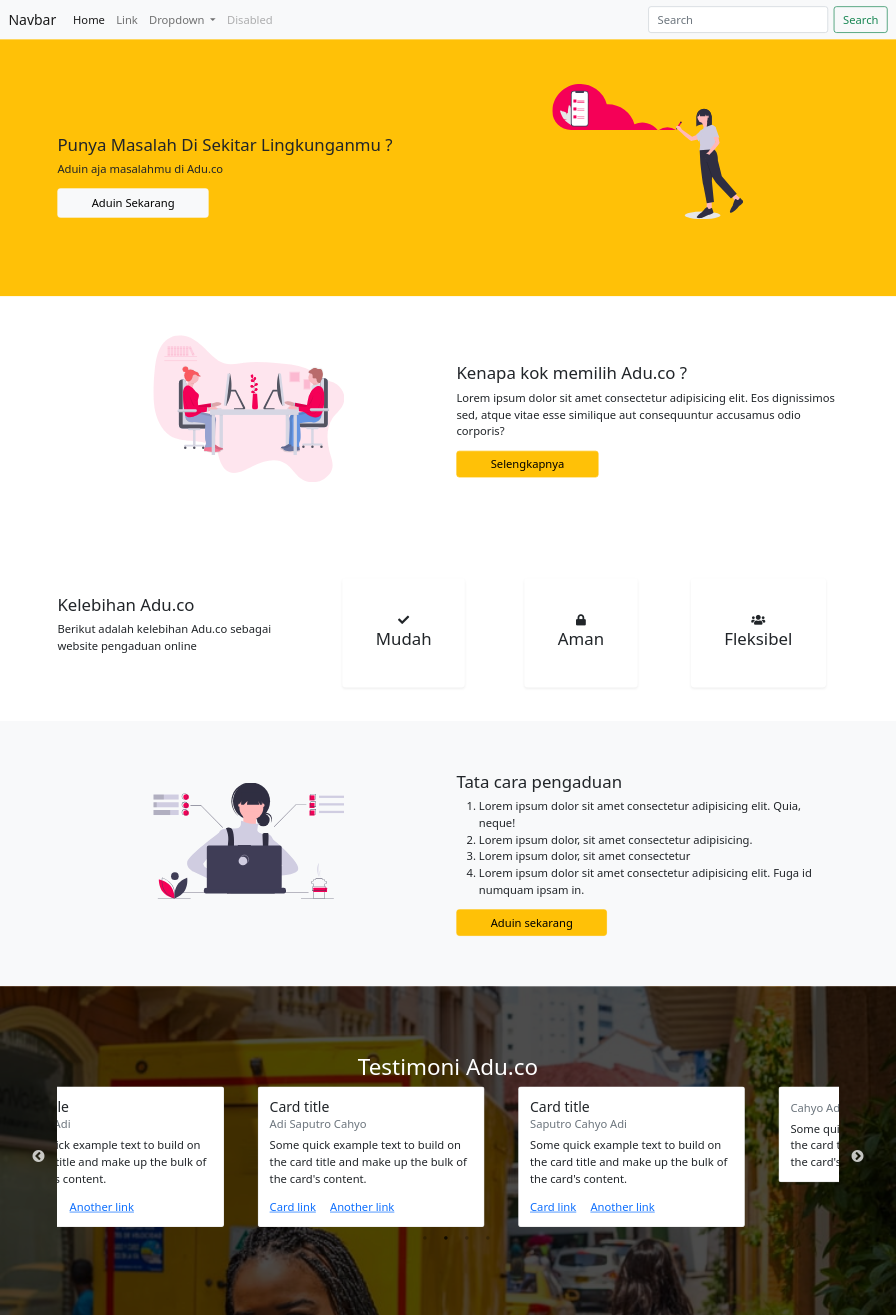
Repository: khulqu15/pengaduan2
Page: http://localhost/
These files come from the project's save history. The page is drawn as it stood at one moment and after a run of saves; the edit follows.
The browser window is 1280 px wide. The pictures show the whole page, at 70% of full size.
Backgrounds fixed to the window are drawn as part of the page. The page is served by the project's Laravel application, run on PHP 8.4 with Laravel 8.

Above is the page before, as saved 2021-02-23 21:10:14.

After the next 2 saves:
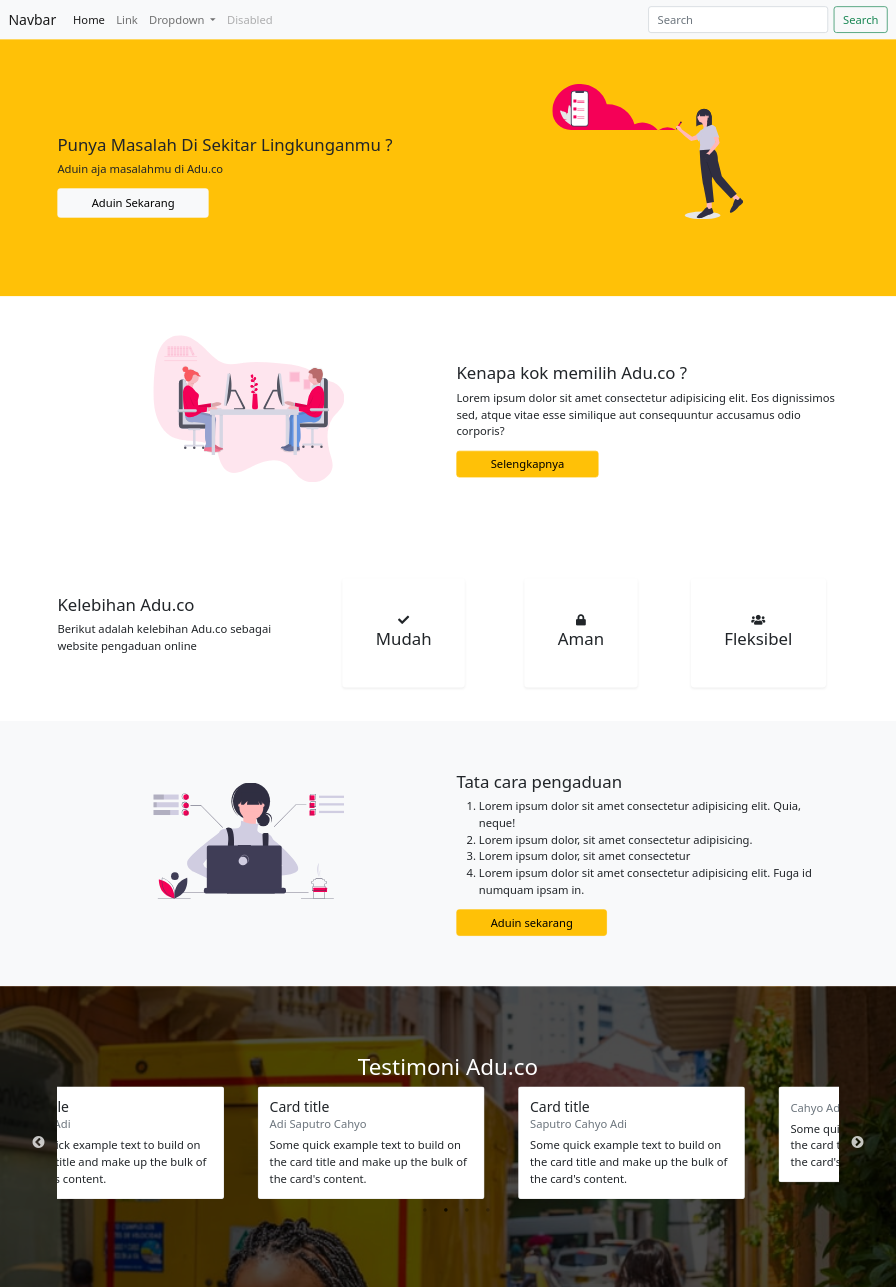
The 2 saves are shown as one change because they came seconds apart.
The last was saved 7 s later.
--- a/resources/views/welcome.blade.php
+++ b/resources/views/welcome.blade.php
@@ -92,8 +92,6 @@
                                 <h5 class="card-title">Card title</h5>
                                 <h6 class="card-subtitle mb-2 text-muted">Saputro Adi</h6>
                                 <p class="card-text">Some quick example text to build on the card title and make up the bulk of the card's content.</p>
-                                <a href="#" class="card-link">Card link</a>
-                                <a href="#" class="card-link">Another link</a>
                             </div>
                         </div>
                     </div>
@@ -103,8 +101,6 @@
                                 <h5 class="card-title">Card title</h5>
                                 <h6 class="card-subtitle mb-2 text-muted">Adi Saputro Cahyo</h6>
                                 <p class="card-text">Some quick example text to build on the card title and make up the bulk of the card's content.</p>
-                                <a href="#" class="card-link">Card link</a>
-                                <a href="#" class="card-link">Another link</a>
                             </div>
                         </div>
                     </div>
@@ -114,8 +110,6 @@
                                 <h5 class="card-title">Card title</h5>
                                 <h6 class="card-subtitle mb-2 text-muted">Saputro Cahyo Adi</h6>
                                 <p class="card-text">Some quick example text to build on the card title and make up the bulk of the card's content.</p>
-                                <a href="#" class="card-link">Card link</a>
-                                <a href="#" class="card-link">Another link</a>
                             </div>
                         </div>
                     </div>
